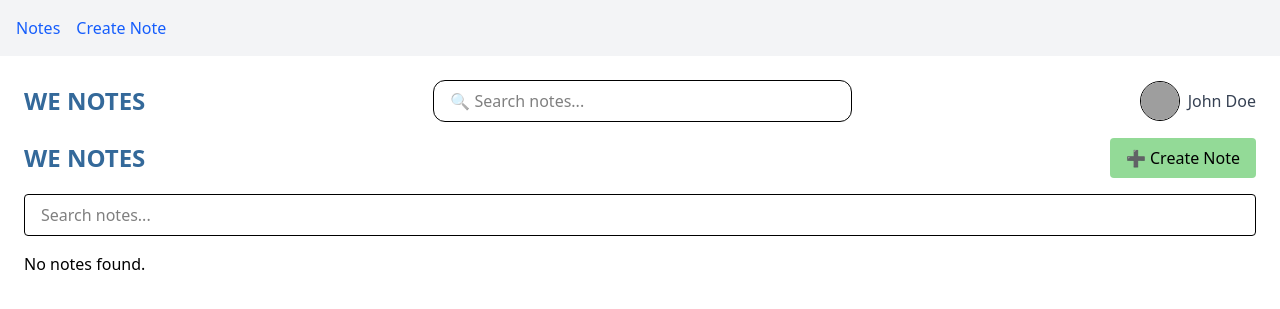
Repository: pin-seavmuy/NoteApplication
Page: / (app in note-vue/)
The author's editor kept a copy of each file at every save. The page is drawn from the files as they stood at one save, then again after the next save.
The browser window is 1280 px wide. The pictures show the whole page.
Pictures or frames that could not be fetched are drawn as grey boxes. The page's requests for data from a server got no answer. The project was rebuilt for these pictures with package versions that can differ from the ones it lists, and the page was loaded fresh each time. No one was signed in, and anything a server would have sent is missing. Also part of the build but not shown: note-vue/vite.config.ts, note-vue/src/components/NoteWrapper.vue, note-vue/src/views/CreateNote.vue, note-vue/src/views/NoteDetail.vue, note-vue/src/views/UpdateNote.vue.

Above is the page before, as saved 2025-09-16 11:14:53.

### note-vue/src/main.ts
// import { createApp } from 'vue'
// import './style.css'
// import App from './App.vue'

// createApp(App).mount('#app')


import { createApp } from 'vue'
import App from './App.vue'
import router from './router'
import './style.css'

const app = createApp(App)
app.use(router)
app.mount('#app')

### note-vue/src/App.vue
<script setup lang="ts">
  import HelloWorld from './components/HelloWorld.vue'
  import NotesList from '../components/NotesList.vue'
</script>

<!-- <template>
  <div>
    <HelloWorld msg="Vite + Vue" />
    <NotesList />
  </div>
</template> -->

<template>
  <div>
    <nav class="p-4 bg-gray-100 flex space-x-4">
      <router-link to="/" class="text-blue-600 hover:underline">Notes</router-link>
      <router-link to="/create" class="text-blue-600 hover:underline">Create Note</router-link>
    </nav>

    <router-view />
  </div>
</template>

<style scoped>
</style>

### note-vue/src/router/index.ts
import { createRouter, createWebHistory } from 'vue-router'

import NotesList from '../views/NotesList.vue'
import CreateNote from '../views/CreateNote.vue'
import NoteDetail from '../views/NoteDetail.vue'
import UpdateNote from '../views/UpdateNote.vue'

const routes = [
  {
    path: '/',
    name: 'NotesList',
    component: NotesList,
  },
  {
    path: '/create',
    name: 'CreateNote',
    component: CreateNote,
  },
  {
    path: '/notes/:id',
    name: 'NoteDetail',
    component: NoteDetail,
    props: true,
  },
    {
    path: '/notes/:id/edit',
    name: 'UpdateNote',
    component: UpdateNote,
    props: true
    }
]

const router = createRouter({
  history: createWebHistory(),
  routes,
})

export default router

### note-vue/src/views/NotesList.vue
<template>
  <div class="p-6">
    <div class="flex items-center justify-between mb-4 space-x-72">
      <h1 class="text-2xl font-bold " style="color: #34699A;">WE NOTES</h1>

      <input
        v-model="search"
        type="text"
        placeholder="🔍 Search notes..."
        class="px-4 py-2 border rounded-xl flex-grow"
      />

      <div class="flex items-center space-x-2 flex-shrink-0">
        <img
          src="https://ui-avatars.com/api/?name=User"
          alt="User Avatar"
          class="w-10 h-10 rounded-full border"
        />
        <span class="text-gray-700 font-medium">John Doe</span>
      </div>
    </div>

    <div class="flex items-center justify-between mb-4">

      <router-link to="/" class="text-2xl font-bold flex-shrink-0 hover:underline" style="color: #34699A;">WE NOTES</router-link>
      <router-link
        to="/create"
        class="text-base px-4 py-2 rounded text-black hover:brightness-90"
        style="background-color: #93DA97;"
      >
        ➕  Create Note
      </router-link>
    </div>



    <input
      v-model="search"
      type="text"
      placeholder="Search notes..."
      class="px-4 py-2 border rounded w-full mb-4"
    />

    <div v-if="loading">Loading...</div>
    <div v-else-if="filteredNotes.length === 0">No notes found.</div>

    <div
      v-else
      class="grid gap-4 grid-cols-1 sm:grid-cols-2 lg:grid-cols-3 xl:grid-cols-4"
    >
      <NoteWrapper
        v-for="note in filteredNotes"
        :key="note.id"
        :note="note"
      />
    </div>
  </div>
</template>

<script setup lang="ts">
import { ref, computed, onMounted } from 'vue'
import api from '../api/axios'
import NoteWrapper from '../components/NoteWrapper.vue'

interface Note {
  id: number
  title: string
  content: string | null
  createdAt: string
  updatedAt?: string | null
}

const notes = ref<Note[]>([])
const loading = ref(false)
const search = ref('')

async function fetchNotes() {
  loading.value = true
  try {
    const res = await api.get('/Notes')
    notes.value = res.data as Note[]
  } catch (error) {
    console.error('Error fetching notes:', error)
  } finally {
    loading.value = false
  }
}

const filteredNotes = computed(() =>
  notes.value.filter(note =>
    note.title.toLowerCase().includes(search.value.toLowerCase())
  )
)

onMounted(fetchNotes)
</script>

### note-vue/src/api/axios.ts
import axios from 'axios'

const api = axios.create({
  baseURL: 'http://localhost:5258/api',
})

export default api;

Loaded but not shown: note-vue/index.html (common file); note-vue/src/style.css (common file)

After the next save:
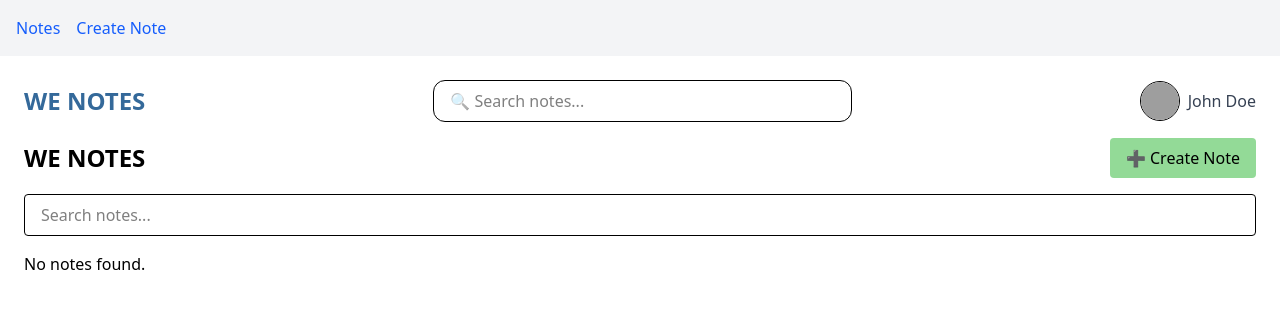
Saved 7 s later.
--- a/note-vue/src/views/NotesList.vue
+++ b/note-vue/src/views/NotesList.vue
@@ -22,7 +22,7 @@
 
     <div class="flex items-center justify-between mb-4">
 
-      <router-link to="/" class="text-2xl font-bold flex-shrink-0 hover:underline" style="color: #34699A;">WE NOTES</router-link>
+      <router-link to="/" class="text-2xl font-bold flex-shrink-0 hover:underline">WE NOTES</router-link>
       <router-link
         to="/create"
         class="text-base px-4 py-2 rounded text-black hover:brightness-90"
